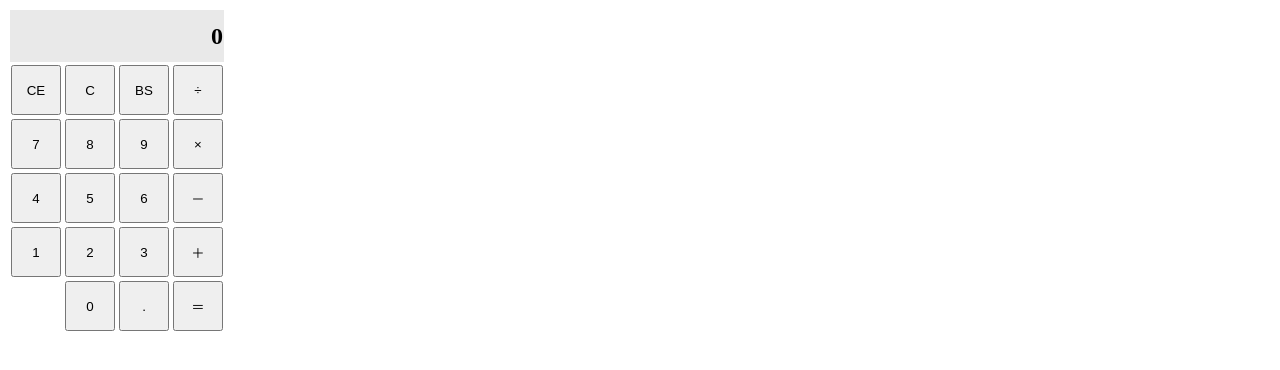
Repository: water-case/Servlet_JSP_JSPMVC
Page: workspace/JSPPrj/src/main/webapp/calc3.html
The author's editor kept a copy of each file at every save. The page is drawn from the files as they stood at one save, then again after the next save.
The browser window is 1280 px wide. The pictures show the whole page.

Above is the page before, as saved 2021-08-26 03:53:48.

### workspace/JSPPrj/src/main/webapp/calc3.html
<!DOCTYPE html>
<html>
<head>
<meta charset="UTF-8">
<title>Insert title here</title>
<style>
	input{
		width:50px;
		height: 50px;
	}

	.output{
		height: 50px;
		background: #e9e9e9;
		font-size: 24px;
		font-weight: bold;
		text-align: right;
	}
</style>
</head>
<body>
	<div>
		<form action="calc3" method="post">
			<table>
				<tr>
					<td class="output" colspan="4">0</td>
				</tr>
				<tr>
					<td><input type="submit" name="operator" value="CE" /></td>
					<td><input type="submit" name="operator" value="C" /></td>
					<td><input type="submit" name="operator" value="BS" /></td>
					<td><input type="submit" name="operator" value="÷" /></td>
				</tr>
				<tr>
					<td><input type="submit" name="operator" value="7" /></td>
					<td><input type="submit" name="operator" value="8" /></td>
					<td><input type="submit" name="operator" value="9" /></td>
					<td><input type="submit" name="operator" value="×" /></td>
				</tr>
				<tr>
					<td><input type="submit" name="operator" value="4" /></td>
					<td><input type="submit" name="operator" value="5" /></td>
					<td><input type="submit" name="operator" value="6" /></td>
					<td><input type="submit" name="operator" value="－" /></td>
				</tr>
				<tr>
					<td><input type="submit" name="operator" value="1" /></td>
					<td><input type="submit" name="operator" value="2" /></td>
					<td><input type="submit" name="operator" value="3" /></td>
					<td><input type="submit" name="operator" value="＋" /></td>
				</tr>
				<tr>
					<td></td>
					<td><input type="submit" name="operator" value="0" /></td>
					<td><input type="submit" name="operator" value="." /></td>
					<td><input type="submit" name="operator" value="＝" /></td>
				</tr>
			</table>
		</form>
	</div>
</body>
</html>

After the next save:
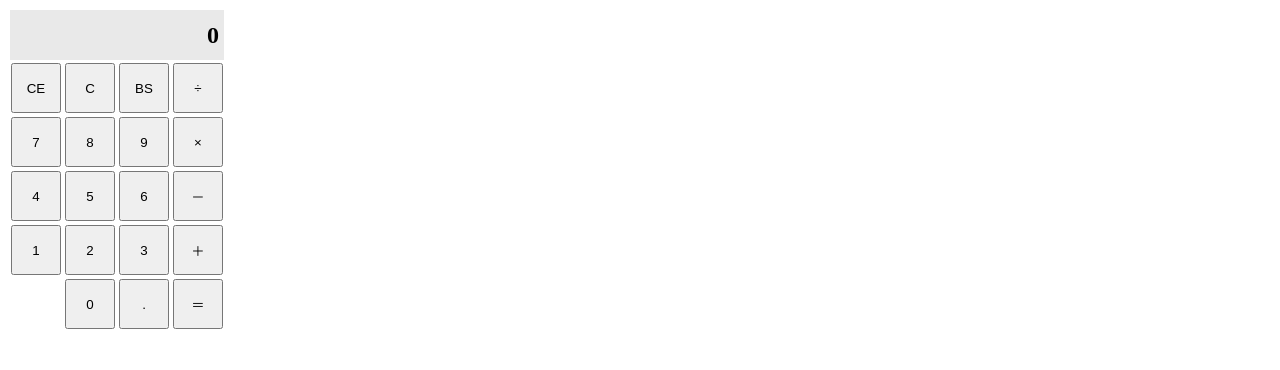
Saved 11 s later.
--- a/workspace/JSPPrj/src/main/webapp/calc3.html
+++ b/workspace/JSPPrj/src/main/webapp/calc3.html
@@ -15,6 +15,7 @@
 		font-size: 24px;
 		font-weight: bold;
 		text-align: right;
+		padding: 0px 5px;
 	}
 </style>
 </head>
